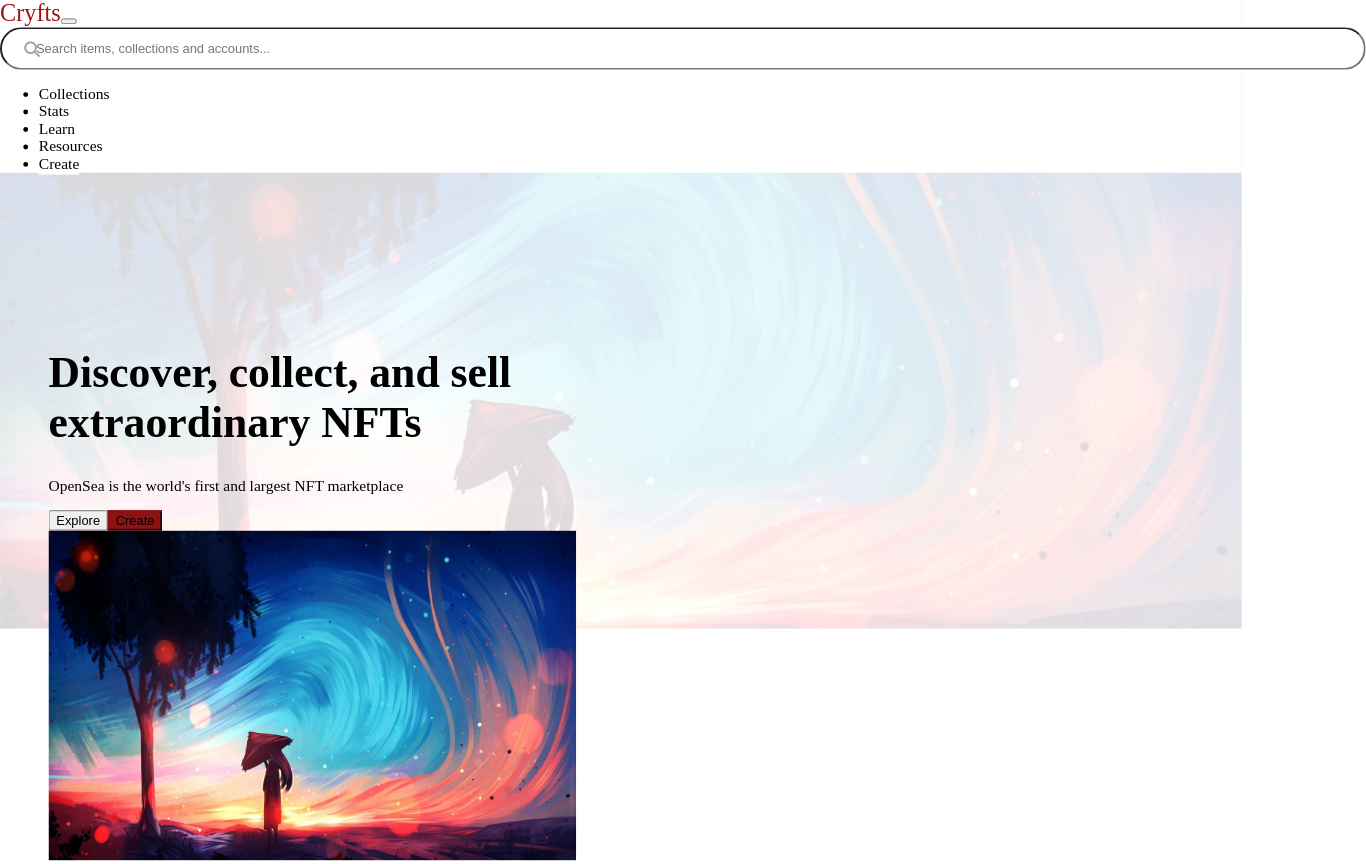
Repository: Huzaifa-2609/opensea_project
Page: /
The author's editor kept a copy of each file at every save. The page is drawn from the files as they stood at one save, then again after the next save.
The browser window is 1280 px wide. The page is 1408 px wide, so the pictures cover 1408 px, including what lies to the right of the window. The pictures show the whole page, at 97% of full size.
Some web libraries are served in a nearby version. The project was rebuilt for these pictures with package versions that can differ from the ones it lists, and the page was loaded fresh each time. The framework's server and built-in components were replaced by stand-ins that run in the browser. Also part of the build but not shown: next.config.js, styles/Home.module.css.

Above is the page before, as saved 2022-07-09 19:22:35.

After the next save:
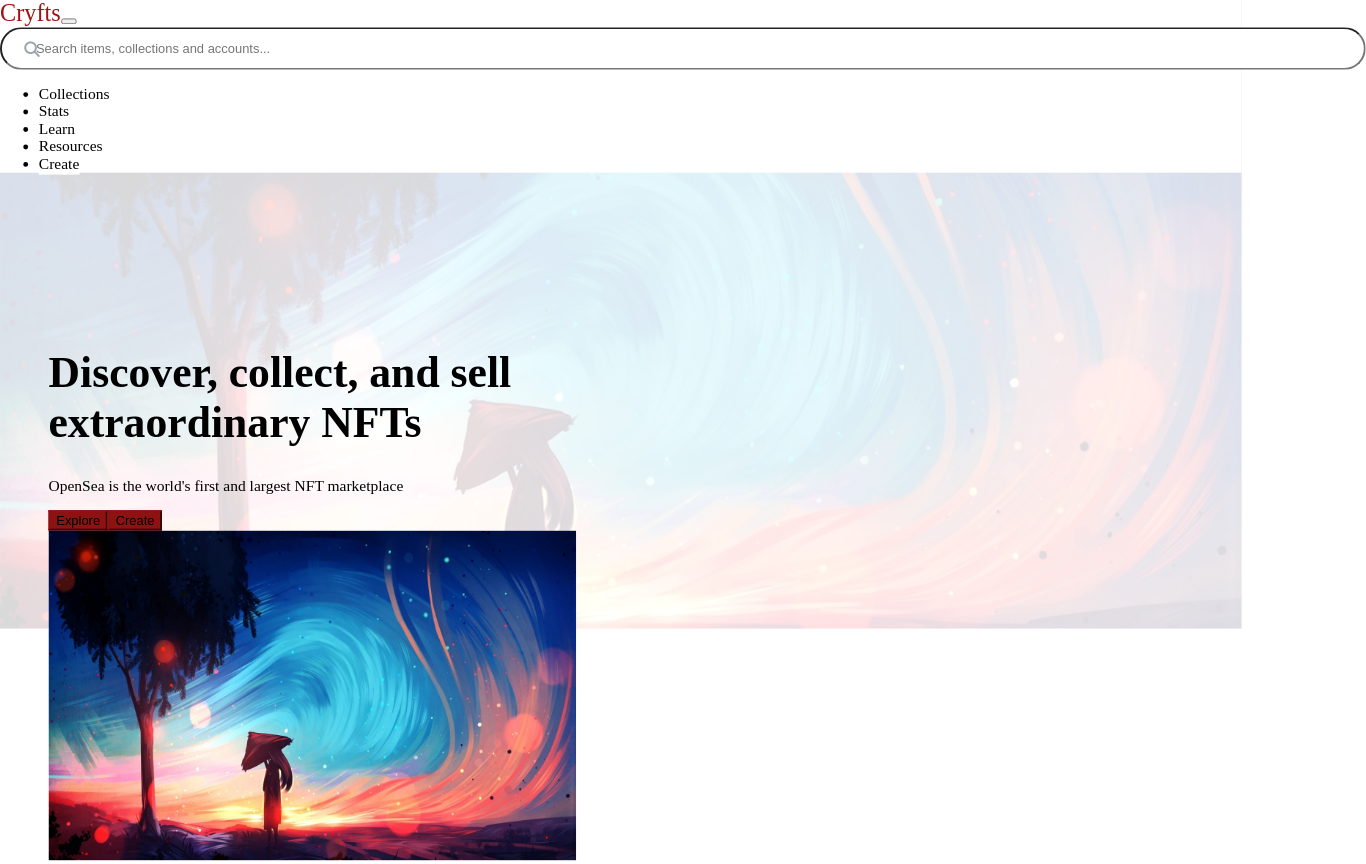
Saved 16 s later.
--- a/components/Hero.js
+++ b/components/Hero.js
@@ -27,7 +27,7 @@ const Hero = () => {
             </p>
           </div>
           <div className="d-flex gap-4 ">
-          <button type="button" class="btn btn-primary btn1 btn-lg fs1 w-50 py-2">
+          <button type="button" class="btn btn-primary bd-color bg-color btn1 btn-lg fs1 w-50 py-2">
             Explore
           </button>
           <button type="button" class="btn btn-secondary btn1 bd-color bg-color btn-lg fs1 w-50 py-2">
